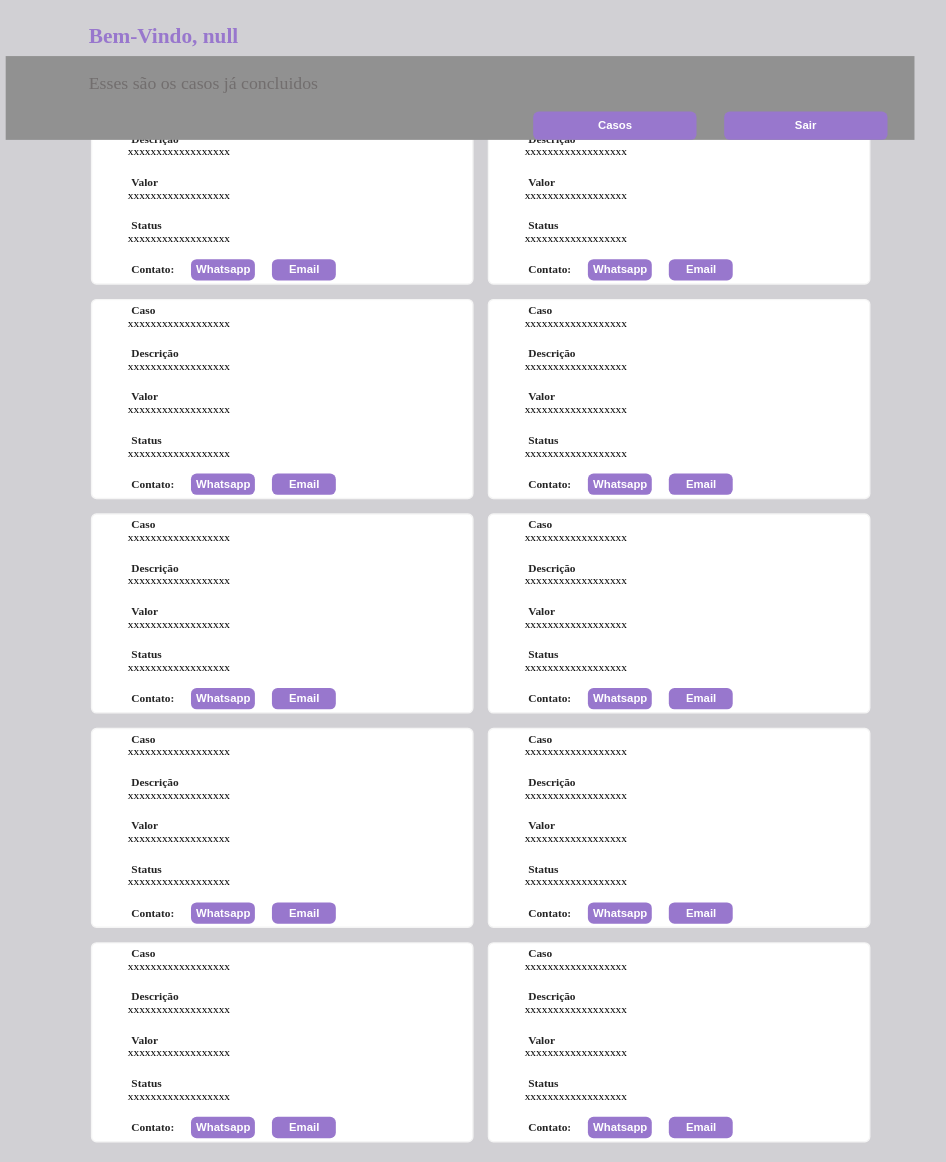
Repository: Dirlandia404/Casos
Page: frontend/public/pages/casosConcluidos.html
An editor plug-in stored every save of this project. The page is shown before and after the next save, followed by the edit.
The browser window is 1280 px wide. The page is 1332 px wide, so the pictures cover 1332 px, including what lies to the right of the window. The pictures show the whole page, at 71% of full size.
The page's requests for data from a server got no answer. Some web libraries are served in a nearby version.

Above is the page before, as saved 2021-07-29 12:52:06.

### frontend/public/pages/casosConcluidos.html
<!DOCTYPE html>
<html lang="pt-br">
<head>
  <script type="text/javascript">
    var logado = sessionStorage.getItem('key')
  </script>
    <meta charset="UTF-8">
    <meta http-equiv="X-UA-Compatible" content="IE=edge">
    <meta name="viewport" content="width=device-width, initial-scale=1.0">
    <title>Casos Concluidos</title>

    <link rel="stylesheet" href="src/style/casosConcluidos.css">

</head>
<body>
  <header>
      <h6>Bem-Vindo, <script type="text/javascript">document.write(logado)</script></h6>
    </header>
    <div id="header-2">
      <p>Esses são os casos já concluidos</p>
      <button onclick="logout();" >Sair</button>

      <a href="casos.html">
          <button>Casos</button>
      </a>

    </div>

    <div id="box-casos">
      <ul>
          <li>
              <div class="dados">
                  <strong>Caso </strong>
                  <h7>xxxxxxxxxxxxxxxxxx</h7>
                  <strong>Descrição</strong>
                  <h7>xxxxxxxxxxxxxxxxxx</h7>
                  <strong>Valor</strong>
                  <h7>xxxxxxxxxxxxxxxxxx</h7>
                  <strong>Status</strong>
                  <h7>xxxxxxxxxxxxxxxxxx</h7>
                  <div id="fieldset">
                      <strong>Contato:</strong>
                      <button>Whatsapp</button>
                      <button>Email</button>
                  </div>

              </div>

          </li>
          <li>
           <div class="dados">
               <strong>Caso </strong>
               <h7>xxxxxxxxxxxxxxxxxx</h7>
               <strong>Descrição</strong>
               <h7>xxxxxxxxxxxxxxxxxx</h7>
               <strong>Valor</strong>
               <h7>xxxxxxxxxxxxxxxxxx</h7>
               <strong>Status</strong>
               <h7>xxxxxxxxxxxxxxxxxx</h7>
               <div id="fieldset">
                   <strong>Contato:</strong>
                   <button>Whatsapp</button>
                   <button>Email</button>
               </div>

           </div>

       </li>
       <li>
           <div class="dados">
               <strong>Caso </strong>
               <h7>xxxxxxxxxxxxxxxxxx</h7>
               <strong>Descrição</strong>
               <h7>xxxxxxxxxxxxxxxxxx</h7>
               <strong>Valor</strong>
               <h7>xxxxxxxxxxxxxxxxxx</h7>
               <strong>Status</strong>
               <h7>xxxxxxxxxxxxxxxxxx</h7>
               <div id="fieldset">
                   <strong>Contato:</strong>
                   <button>Whatsapp</button>
                   <button>Email</button>
               </div>

           </div>

       </li>
       <li>
        <div class="dados">
            <strong>Caso </strong>
            <h7>xxxxxxxxxxxxxxxxxx</h7>
            <strong>Descrição</strong>
            <h7>xxxxxxxxxxxxxxxxxx</h7>
            <strong>Valor</strong>
            <h7>xxxxxxxxxxxxxxxxxx</h7>
            <strong>Status</strong>
            <h7>xxxxxxxxxxxxxxxxxx</h7>
            <div id="fieldset">
                <strong>Contato:</strong>
                <button>Whatsapp</button>
                <button>Email</button>
            </div>

        </div>

    </li>
    <li>
      <div class="dados">
          <strong>Caso </strong>
          <h7>xxxxxxxxxxxxxxxxxx</h7>
          <strong>Descrição</strong>
          <h7>xxxxxxxxxxxxxxxxxx</h7>
          <strong>Valor</strong>
          <h7>xxxxxxxxxxxxxxxxxx</h7>
          <strong>Status</strong>
          <h7>xxxxxxxxxxxxxxxxxx</h7>
          <div id="fieldset">
              <strong>Contato:</strong>
              <button>Whatsapp</button>
              <button>Email</button>
          </div>

      </div>

  </li>
  <li>
    <div class="dados">
        <strong>Caso </strong>
        <h7>xxxxxxxxxxxxxxxxxx</h7>
        <strong>Descrição</strong>
        <h7>xxxxxxxxxxxxxxxxxx</h7>
        <strong>Valor</strong>
        <h7>xxxxxxxxxxxxxxxxxx</h7>
        <strong>Status</strong>
        <h7>xxxxxxxxxxxxxxxxxx</h7>
        <div id="fieldset">
            <strong>Contato:</strong>
            <button>Whatsapp</button>
            <button>Email</button>
        </div>

    </div>

</li>
<li>
 <div class="dados">
     <strong>Caso </strong>
     <h7>xxxxxxxxxxxxxxxxxx</h7>
     <strong>Descrição</strong>
     <h7>xxxxxxxxxxxxxxxxxx</h7>
     <strong>Valor</strong>
     <h7>xxxxxxxxxxxxxxxxxx</h7>
     <strong>Status</strong>
     <h7>xxxxxxxxxxxxxxxxxx</h7>
     <div id="fieldset">
         <strong>Contato:</strong>
         <button>Whatsapp</button>
         <button>Email</button>
     </div>

 </div>

</li>
<li>
 <div class="dados">
     <strong>Caso </strong>
     <h7>xxxxxxxxxxxxxxxxxx</h7>
     <strong>Descrição</strong>
     <h7>xxxxxxxxxxxxxxxxxx</h7>
     <strong>Valor</strong>
     <h7>xxxxxxxxxxxxxxxxxx</h7>
     <strong>Status</strong>
     <h7>xxxxxxxxxxxxxxxxxx</h7>
     <div id="fieldset">
         <strong>Contato:</strong>
         <button>Whatsapp</button>
         <button>Email</button>
     </div>

 </div>

</li>
<li>
<div class="dados">
  <strong>Caso </strong>
  <h7>xxxxxxxxxxxxxxxxxx</h7>
  <strong>Descrição</strong>
  <h7>xxxxxxxxxxxxxxxxxx</h7>
  <strong>Valor</strong>
  <h7>xxxxxxxxxxxxxxxxxx</h7>
  <strong>Status</strong>
  <h7>xxxxxxxxxxxxxxxxxx</h7>
  <div id="fieldset">
      <strong>Contato:</strong>
      <button>Whatsapp</button>
      <button>Email</button>
  </div>

</div>

</li>
<li>
<div class="dados">
<strong>Caso </strong>
<h7>xxxxxxxxxxxxxxxxxx</h7>
<strong>Descrição</strong>
<h7>xxxxxxxxxxxxxxxxxx</h7>
<strong>Valor</strong>
<h7>xxxxxxxxxxxxxxxxxx</h7>
<strong>Status</strong>
<h7>xxxxxxxxxxxxxxxxxx</h7>
<div id="fieldset">
    <strong>Contato:</strong>
    <button>Whatsapp</button>
    <button>Email</button>
</div>

</div>

</li>



      </ul>

      <!--
       <div id="box-casos">
           <ul id="teste">


           </ul>

       </div>
       -->

</body>
</html>

<script src="https://cdnjs.cloudflare.com/ajax/libs/axios/0.18.0/axios.min.js"></script>


<script type="text/javascript">

function logout() {

sessionStorage.removeItem('key');
sessionStorage.clear();

window.location.replace("http://localhost:8080/pages/index.html");
}

    class Api{
     static async getCases (page){
       axios.get(`http://localhost:3333/findbystatus?status=concluido&page=${page}`)
      .then(response => list_cases_concluidos(response.data))
      .catch(error => console.log(error))
     }
  }

if(logado === '' || logado === 'null'){

}else{
  Api.getCases('1')
}

 const list_cases_concluidos = ( cases ) => {
    const bycases = document.getElementById('teste')
    cases.map(cases => {

      const li_casos = document.createElement('li')

 //     const div_aju = document.createElement('div')
  //    div_aju.setAttribute("id", "ajudar");

  //    const btn_aju = document.createElement("BUTTON");
 //     btn_aju.innerHTML = "Ajudar";

      const div_dados = document.createElement('div')
      div_dados.className = 'dados';

      const case_id_str = document.createElement("strong");
      case_id_str.innerHTML = "Caso ";

      const case_id_h7 = document.createElement("h7");
      case_id_h7.innerHTML = `${cases.title}`;


      const case_desc_str = document.createElement("strong");
      case_desc_str.innerHTML = "Descrição ";

      const case_desc_h7 = document.createElement("h7");
      case_desc_h7.innerHTML = `${cases.description}`;


      const case_vl_str = document.createElement("strong");
      case_vl_str.innerHTML = "Valor ";

      const case_vl_h7 = document.createElement("h7");
      case_vl_h7.innerHTML = `${cases.value}`;

      const case_sta_str = document.createElement("strong");
      case_sta_str.innerHTML = "Status ";

      const case_sta_h7 = document.createElement("h7");
      case_sta_h7.innerHTML = `${cases.status}`;

      //div id fieldset

      const div_field = document.createElement('div')
      div_field.setAttribute("id", "fieldset");

      const case_sta_cont = document.createElement("strong");
      case_sta_cont.innerHTML = "Contato ";

      const btn_what = document.createElement("BUTTON");
      btn_what.innerHTML = `${cases.whatsapp}`;

      const btn_email = document.createElement("BUTTON");
      btn_email.innerHTML = `${cases.email}`;

        bycases.appendChild(li_casos)
     //   li_casos.appendChild(div_aju)
    //    div_aju.appendChild(btn_aju)
        li_casos.appendChild(div_dados)
        div_dados.appendChild(case_id_str)
        div_dados.appendChild(case_id_h7)

        div_dados.appendChild(case_desc_str)
        div_dados.appendChild(case_desc_h7)

        div_dados.appendChild(case_vl_str)
        div_dados.appendChild(case_vl_h7)

        div_dados.appendChild(case_sta_str)
        div_dados.appendChild(case_sta_h7)

        li_casos.appendChild(div_field)

        div_field.appendChild(case_sta_cont)
        div_field.appendChild(btn_what)
        div_field.appendChild(btn_email)

    })
  }

</script>

### frontend/public/pages/src/style/casosConcluidos.css
body{

    background-color: #d1d0d4;
}
header{

    display: flex;
    justify-content: space-between;
}
h6{
    margin-top: 2%;
    margin-left: 117px;
    margin-bottom: 20px;
    font-size: 30px;
    color: #9877CD;
}
p{
    margin-left: 117px;
    font-size: 25px;
    color: #726e6e;
}
#header-2{
    background-color: #919191;
    display: inline-block;
    width: 100%;
    position:absolute;
    top: 11%;

}

#header-2 button{
    width: 230px;
    height: 40px;
    background-color: #9877CD;
    border-radius: 8px;
    color: white;
    font-weight: bold;
    font-size: 16px;
    border: 0;

    transition: 400ms;
    float: right;
    margin-right: 3%;



}







#box-casos{
    width: 100%;
    padding: 0 30px;
    margin: 32px auto;
}

#box-casos .dados{
    display: flex;
    flex-direction: column;
    width: 70%;
}
#box-casos ul{
    margin-left: 50px;
    margin-right: 80px;
    display: grid;
    grid-template-columns: 1fr 1fr;
    grid-gap: 24px;
    list-style: none;
}


#box-casos ul li{
    background-color: white;
    border: 2px solid  #f5f5f5;
    border-radius: 8px;
    height: 100%;
    width:100%;
    font-size: 16px;

}

#box-casos ul li strong{
    margin-top: 5px;
    font-size: 15px;
    margin-left: 5px;
}

#box-casos ul li strong{
    color: #242424;
    font-size: 16px;
    font-style: bold;
}

h7{
    margin-bottom: 20px;
}

.dados{

    margin-left: 50px;

    display: flex;
    justify-content: space-between;
}

#fieldset button{
    width: 90px;
    height: 30px;
    background-color: #9877CD;
    border-radius: 8px;
    color: white;
    font-weight: bold;
    font-size: 16px;
    border: 0;
    margin-left: 20px;


}

After the next save:
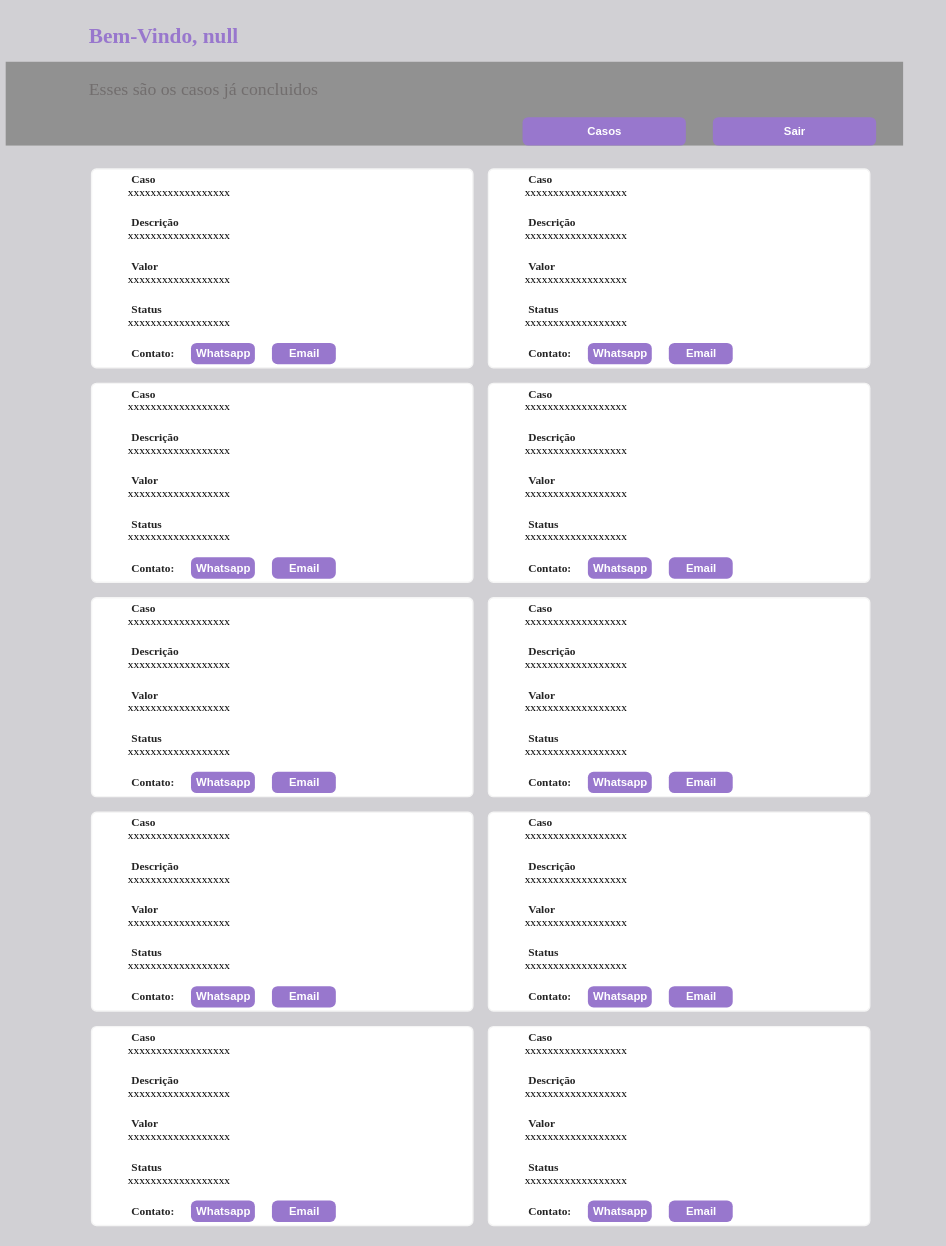
Saved 9 s later.
--- a/frontend/public/pages/src/style/casosConcluidos.css
+++ b/frontend/public/pages/src/style/casosConcluidos.css
@@ -23,8 +23,7 @@ p{
     background-color: #919191;
     display: inline-block;
     width: 100%;
-    position:absolute;
-    top: 11%;
+
 
 }
 
